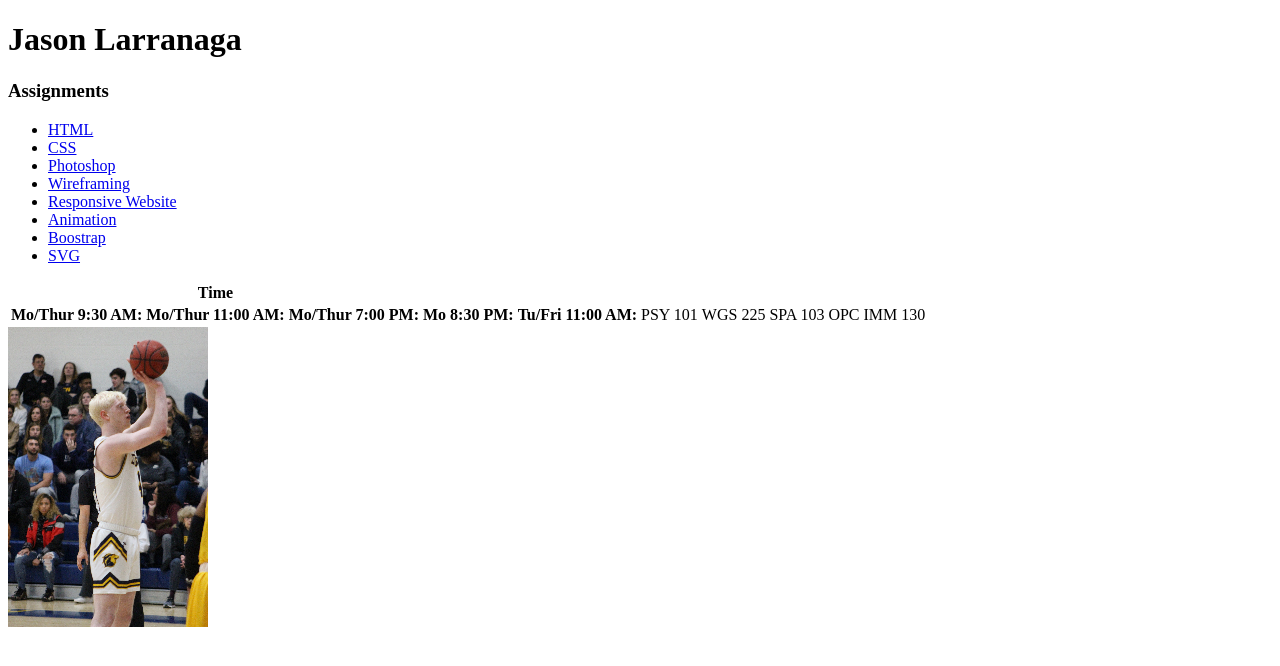
Repository: larranj1/my_website
Page: index.html
The author's editor kept a record of every edit. The page is drawn from the files as they stood at one moment, then again after the next edit.
The browser window is 1280 px wide. The pictures show the whole page.

Above is the page before.

### index.html
<!DOCTYPE html>
<h1> Jason Larranaga </h1>
<html>
    <head>

    </head>
    <body>

        <h3> Assignments </h3>
        <ul>
           <li> <a href = "assignments/html/index.html"> HTML </a> </li>
           <li> <a href = "assignments/css/index.html"> CSS </a> </li>
           <li> <a href = "assignments/photoshop/index.html"> Photoshop </a> </li>
           <li> <a href = "assignments/wireframing/index.html"> Wireframing </a> </li>
           <li> <a href = "assignments/responsive_website/index.html"> Responsive Website </a> </li>
           <li> <a href = "assignments/animation/index.html"> Animation </a> </li>
           <li> <a href = "assignments/boostrap/index.html"> Boostrap </a> </li>
           <li> <a href = "assignments/svg/index.html"> SVG </a> </li>
        </ul>

     <table>
         <tr>
             <th></th>
             <th scope="col"> Time </th>
         </tr>
         <tr>
             <th scope="row"> Mo/Thur 9:30 AM: </th>
             <th scope="row"> Mo/Thur 11:00 AM: </th>
             <th scope="row"> Mo/Thur 7:00 PM: </th>
             <th scope="row"> Mo 8:30 PM: </th>
             <th scope="row"> Tu/Fri 11:00 AM: </th>
             <td> PSY 101 </td>
             <td> WGS 225 </td>
             <td> SPA 103 </td>
             <td> OPC </td>
             <td> IMM 130 </td>
         </tr>
     </table>
     <img src="me.jpg" alt="Me">
    </body>
</html>

After the next edit:
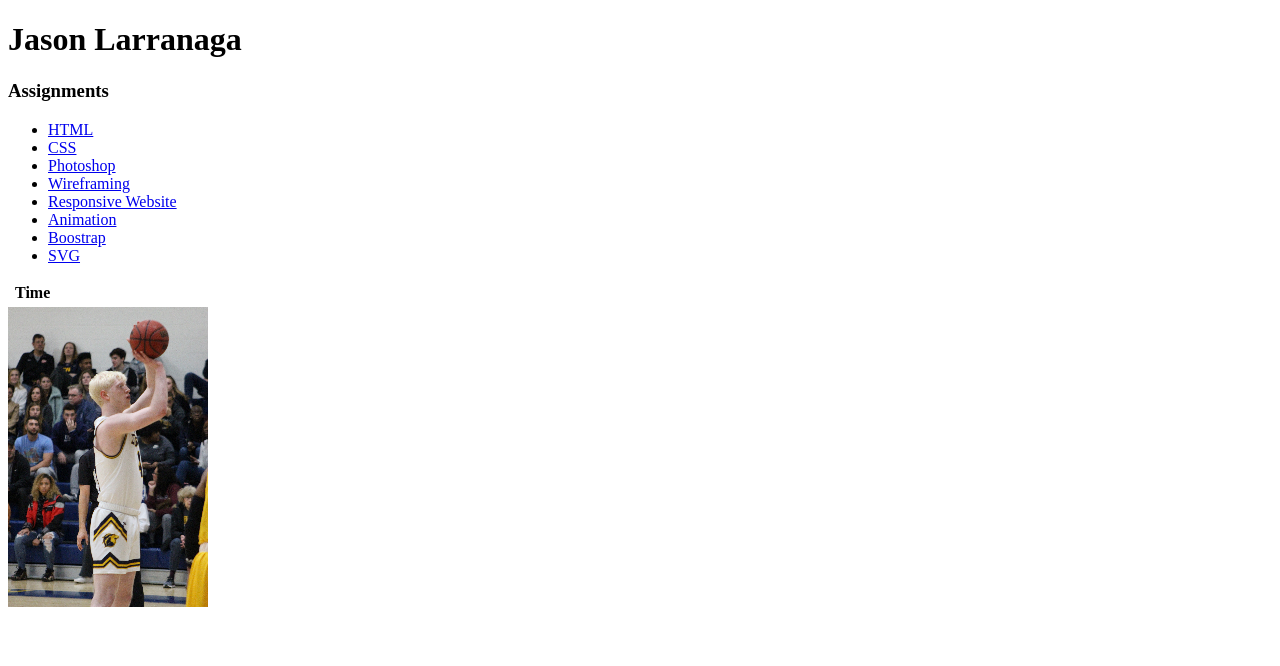
The edit:
--- a/index.html
+++ b/index.html
@@ -24,16 +24,7 @@
              <th scope="col"> Time </th>
          </tr>
          <tr>
-             <th scope="row"> Mo/Thur 9:30 AM: </th>
-             <th scope="row"> Mo/Thur 11:00 AM: </th>
-             <th scope="row"> Mo/Thur 7:00 PM: </th>
-             <th scope="row"> Mo 8:30 PM: </th>
-             <th scope="row"> Tu/Fri 11:00 AM: </th>
-             <td> PSY 101 </td>
-             <td> WGS 225 </td>
-             <td> SPA 103 </td>
-             <td> OPC </td>
-             <td> IMM 130 </td>
+
          </tr>
      </table>
      <img src="me.jpg" alt="Me">
